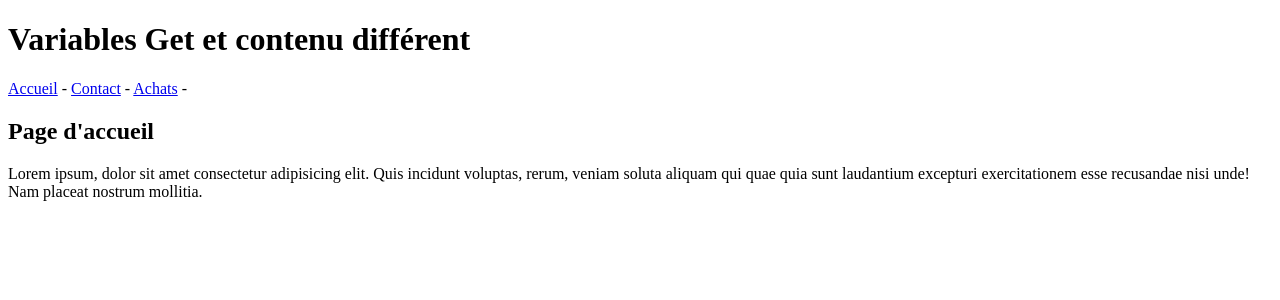
Repository: vicfir/base-php-2021
Page: http://localhost/11-variable-get-if.php?idpage=1
These files come from the project's save history. The page is drawn as it stood at one moment and after the next save; the edit follows.
The browser window is 1280 px wide. The pictures show the whole page.
The page is run by PHP 8.4 with error messages shown; the project is at /var/www/html/.

Above is the page before, as saved 2021-09-06 14:22:27.

### 11-variable-get-if.php
<?php
// variable de contenu
$pages = [
    1 => [
        "titre" => "Page d'accueil",
        "texte" => "Lorem ipsum, dolor sit amet consectetur adipisicing elit. Quis incidunt voluptas, rerum, veniam soluta aliquam qui quae quia sunt laudantium excepturi exercitationem esse recusandae nisi unde! Nam placeat nostrum mollitia.",
    ],
    2 => [
        "titre" => "Contact",
        "texte" => "Lorem ipsum dolor sit amet consectetur adipisicing elit. Voluptatem, dignissimos ullam, voluptates, molestiae laboriosam quidem culpa ab deleniti ea eum eius? Natus ab saepe tempore non sequi unde amet eveniet!",
    ],
    3 => [
        "titre" => "Achats",
        "texte" => "Lorem ipsum dolor, sit amet consectetur adipisicing elit. Ipsum quo blanditiis, pariatur optio sapiente iure aliquid cumque minima at laudantium nulla quisquam quas doloremque culpa odio soluta enim provident eum.",
    ],

];

if (isset($_GET['idpage'])) {
    $id = (int) $_GET['idpage'];
    $id = isset($page[$id]) ? 0 : $id;
    switch ($_GET['idpage']) {
        case 0:
            $title = $pages[1]["titre"];
            $texte = $pages[1]["texte"];
            break;
        case $id:
            $title = $pages[$id]["titre"];
            $texte = $pages[$id]["texte"];
            break;
    } // ... sinon si

    // page d'accueil par défaut
} else {
    $title = $pages[1]["titre"];
    $texte = $pages[1]["texte"];
}

?>
<!DOCTYPE html>
<html lang="en">

<head>
    <meta charset="UTF-8">
    <meta http-equiv="X-UA-Compatible" content="IE=edge">
    <meta name="viewport" content="width=device-width, initial-scale=1.0">
    <title>Variables Get et contenu différent</title>
</head>

<body>
    <h1>Variables Get et contenu différent</h1>
    <nav><a href="?idpage=1">Accueil</a> - <a href="?idpage=2">Contact</a> - <a href="?idpage=3">Achats</a> -</nav>
    <h2><?= $title ?></h2>
    <p><?= $texte ?></p>
</body>

</html>

After the next save:
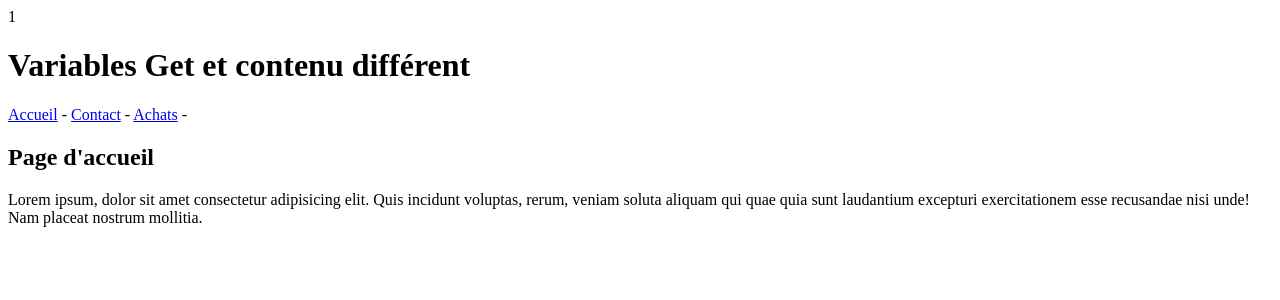
Saved 60 s later.
--- a/11-variable-get-if.php
+++ b/11-variable-get-if.php
@@ -18,7 +18,7 @@
 
 if (isset($_GET['idpage'])) {
     $id = (int) $_GET['idpage'];
-    $id = isset($page[$id]) ? 0 : $id;
+    echo isset($page[$id]) ? 0 : $id;
     switch ($_GET['idpage']) {
         case 0:
             $title = $pages[1]["titre"];

After the save that followed:
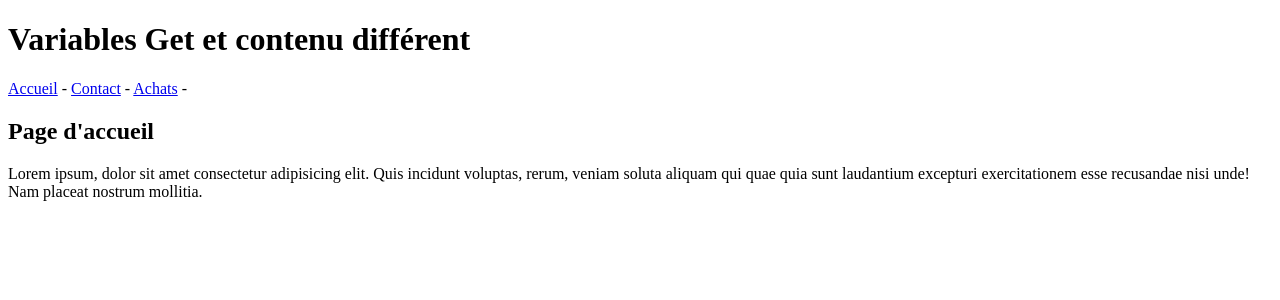
Saved 6 s later.
--- a/11-variable-get-if.php
+++ b/11-variable-get-if.php
@@ -18,7 +18,7 @@
 
 if (isset($_GET['idpage'])) {
     $id = (int) $_GET['idpage'];
-    echo isset($page[$id]) ? 0 : $id;
+    echo isset($page[$id]);
     switch ($_GET['idpage']) {
         case 0:
             $title = $pages[1]["titre"];
